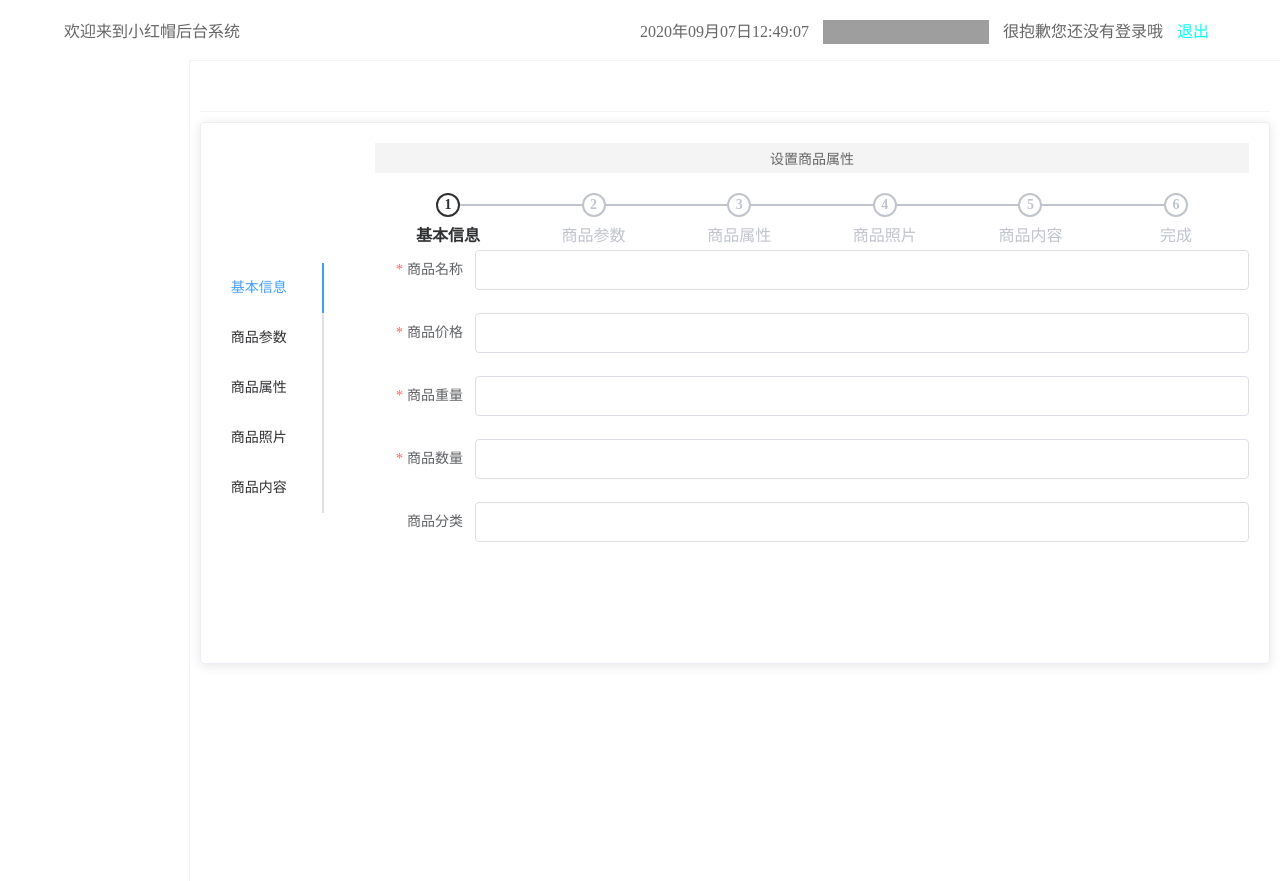
Repository: jinggegeZ/whitesystem
Page: /goods/addGoods
An editor plug-in stored every save of this project. The page is shown before and after the next save, followed by the edit.
The browser window is 1280 px wide. The pictures show the whole page.
Pictures or frames that could not be fetched are drawn as grey boxes. The page's requests for data from a server got no answer. The project was rebuilt for these pictures with package versions that can differ from the ones it lists, and the page was loaded fresh each time. No one was signed in, and anything a server would have sent is missing. Also part of the build but not shown: vue.config.js, src/views/Home.vue.

Above is the page before, as saved 2020-09-07 12:53:45.

After the next save:
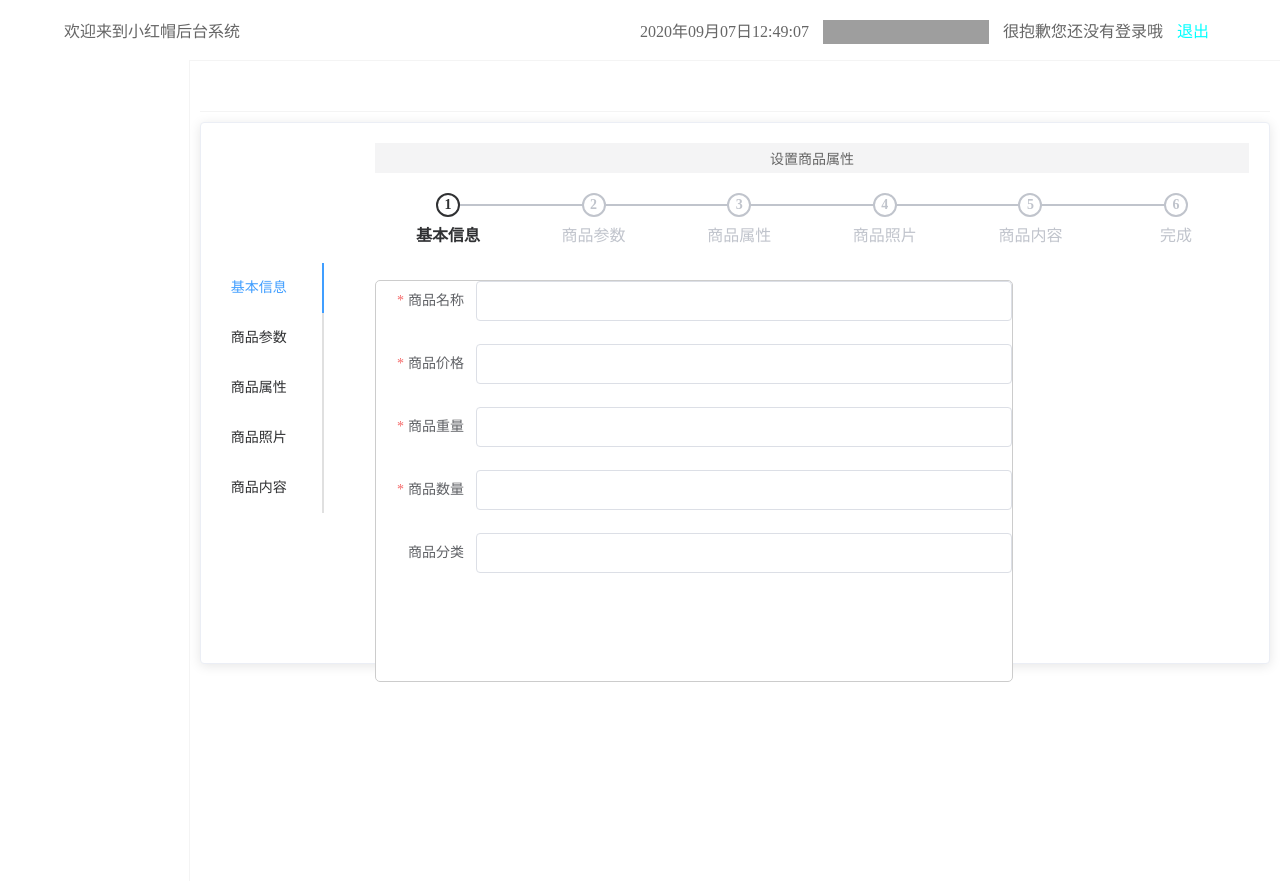
Saved 72 s later.
--- a/src/views/addGoods/addGoods.vue
+++ b/src/views/addGoods/addGoods.vue
@@ -29,7 +29,7 @@
           </div>
           <!-- 基本信息 -->
           <div v-if="activeindex === 0">
-            <div>
+            <div class="msgbox">
               <el-form
                 :model="ruleForm"
                 :rules="rules"
